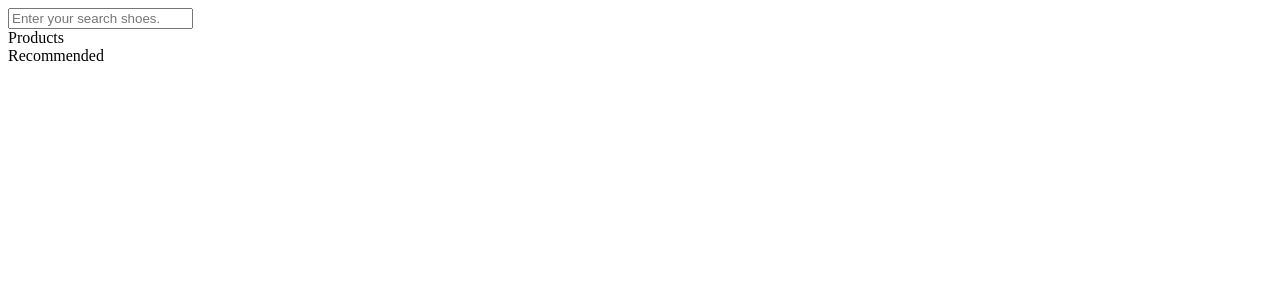
Repository: BKRavindu/fillterigInReact
Page: / (app in myapp/)
These files come from the project's save history. The page is drawn as it stood at one moment and after the next save; the edit follows.
The browser window is 1280 px wide. The pictures show the whole page.
The project was rebuilt for these pictures with package versions that can differ from the ones it lists, and the page was loaded fresh each time. Also part of the build but not shown: myapp/src/Navigation/Nav.css, myapp/src/Products/Products.css, myapp/src/Recommended/Recommended.css.

Above is the page before, as saved 2024-05-14 22:13:51.

After the next save:
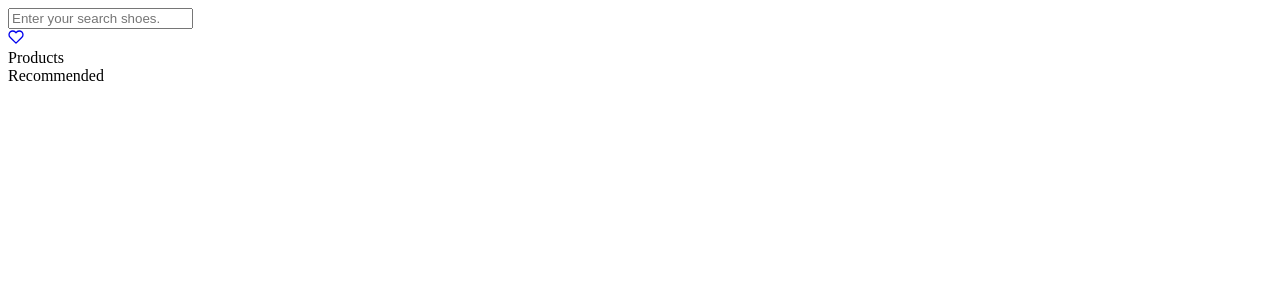
Saved 5 min 35 s later.
--- a/myapp/src/Navigation/Nav.js
+++ b/myapp/src/Navigation/Nav.js
@@ -16,6 +16,7 @@ function Nav() {
       </div>
       <div className=".profile-container">
         <a href="#">
+          <FiHeart className="nav-icons"></FiHeart>
 
         </a>
       </div>
